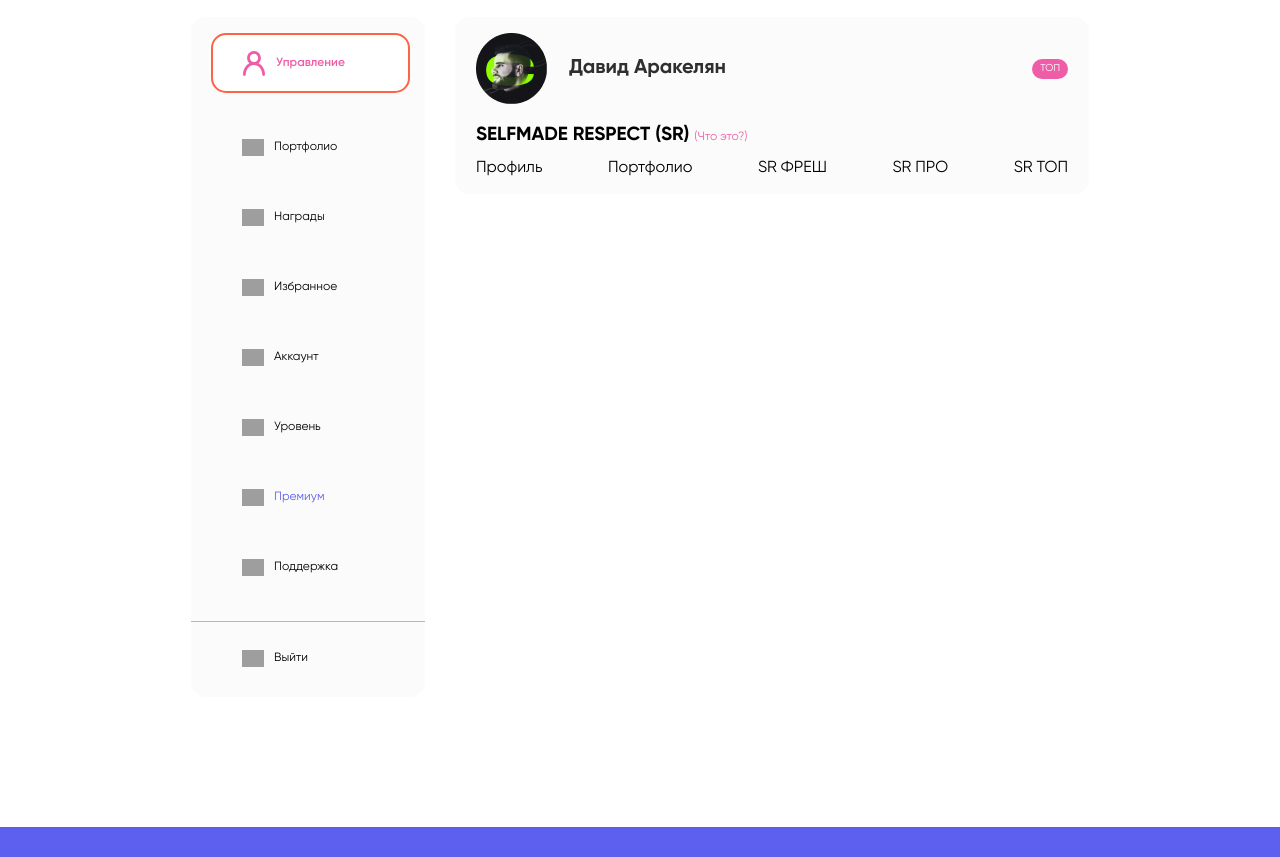
Repository: alexboagreek/selfmade
Page: index.html
The author's editor kept a copy of each file at every save. The page is drawn from the files as they stood at one save, then again after a run of saves.
The browser window is 1280 px wide. The pictures show the part of the page from y = 353 to 1210 px (the page is 1719 px tall).
Pictures or frames that could not be fetched are drawn as grey boxes. A picture or video elsewhere on the page could not be fetched, so the positions and the page height are approximate.

Above is the page before, as saved 2022-12-13 12:57:07.

After the next 2 saves:
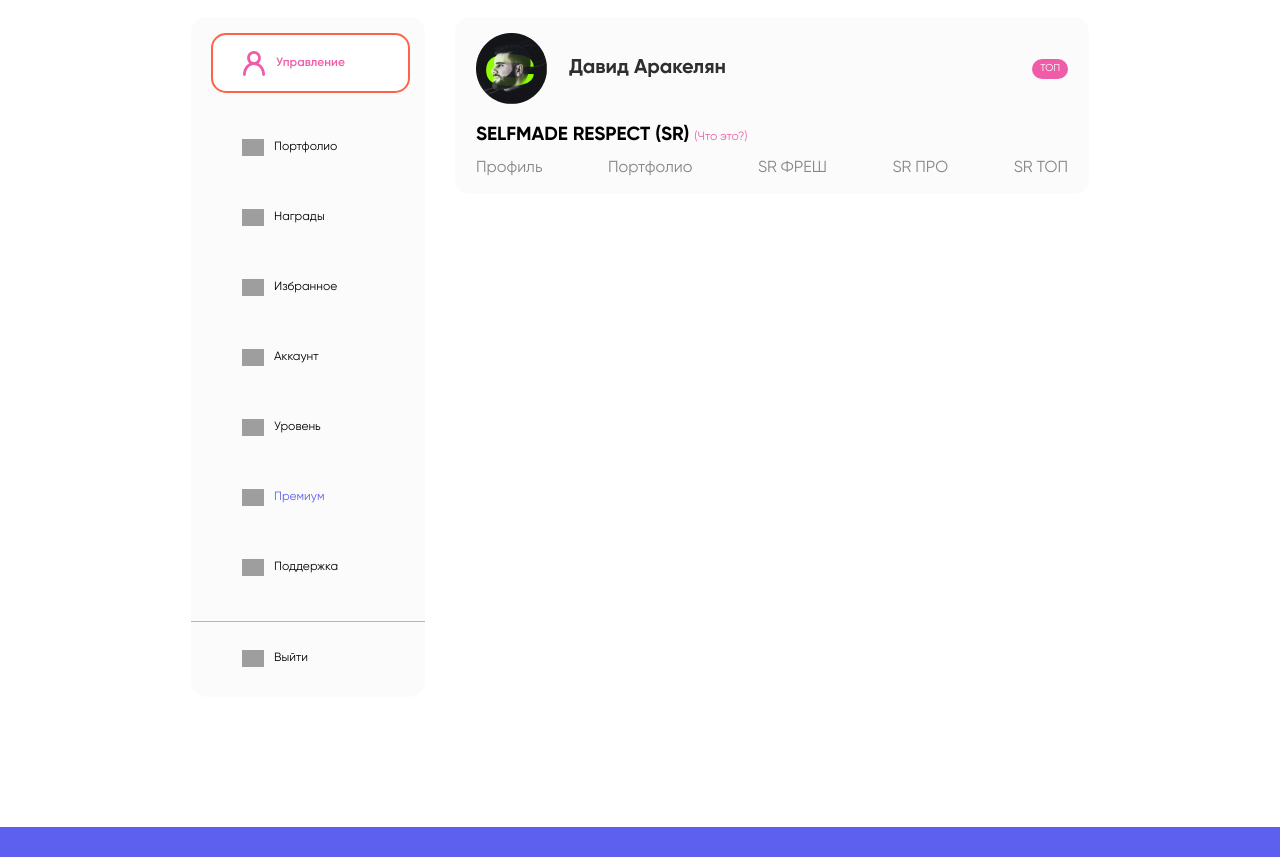
The 2 saves are shown as one change because they came seconds apart.
The last was saved 7 s later.
--- a/css/interface.css
+++ b/css/interface.css
@@ -52,6 +52,5 @@
 }
 
 .selfmade__list_item {
-    color: background: #868686;
-    ;
+    color: #868686;
 }
